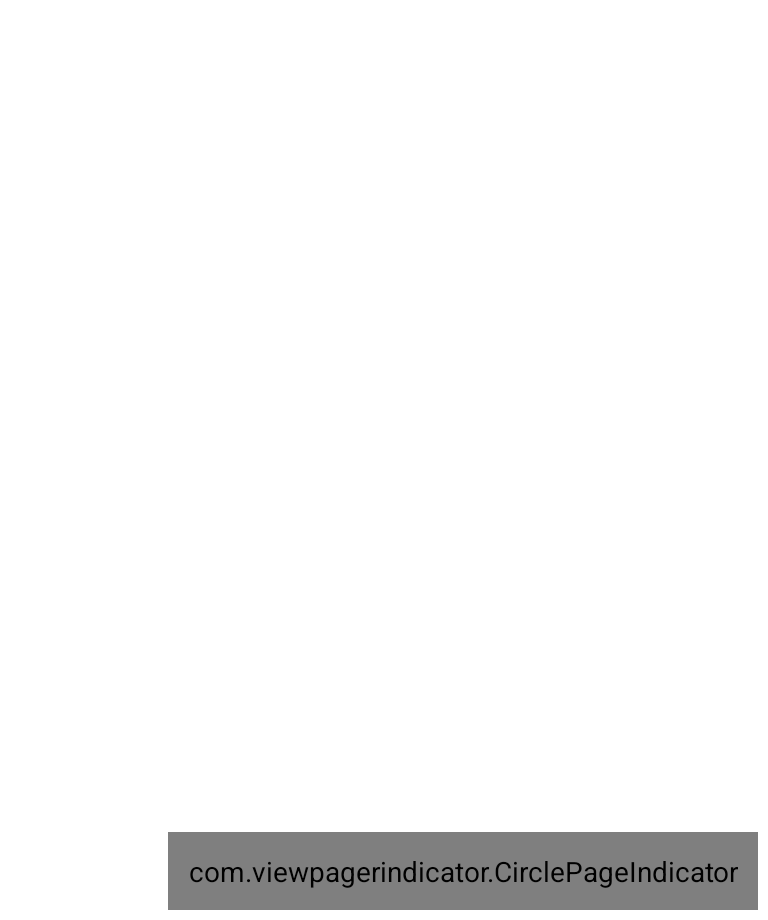
Repository: yangxiyucs/ZHBJ
Layout: ADT_ZHBJ74/ZHBJ/res/layout/pager_tab_detail.xml
The author's editor kept a copy of each file at every save. The layout is drawn from the files as they stood at one save, then again after a run of saves.
The pictures show rows 360 to 1280 of an output 1280 px tall.
Pictures or frames that could not be fetched are drawn as grey boxes. It is drawn on a 768 x 1280 px phone screen (xhdpi) without system bars, with theme AppTheme; the app's code is not run.

Above is the layout before, as saved 2016-10-24 22:02:03.

After the next 2 saves:
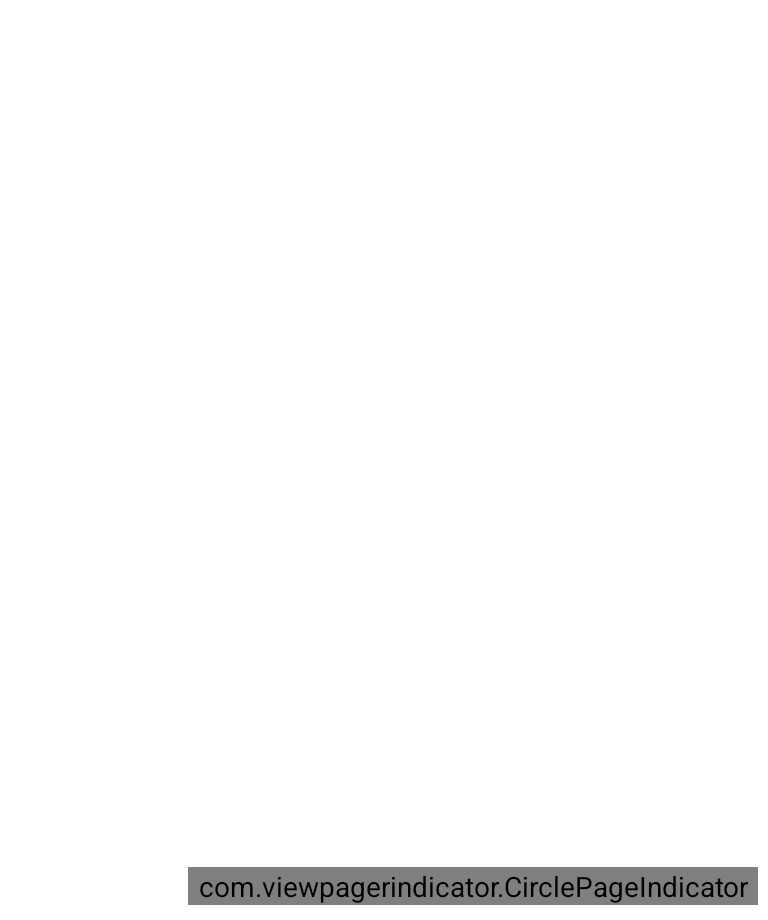
The 2 saves are shown as one change because they came seconds apart.
The last was saved 24 s later.
--- a/ADT_ZHBJ74/ZHBJ/res/layout/pager_tab_detail.xml
+++ b/ADT_ZHBJ74/ZHBJ/res/layout/pager_tab_detail.xml
@@ -31,7 +31,9 @@
             android:layout_alignParentRight="true"
             android:layout_centerVertical="true"
             android:background="#FFCCCCCC"
-            android:padding="10dip"
+            android:paddingLeft="5dp"
+            android:paddingRight="5dp"
+
             app:fillColor="#f00"
             app:pageColor="#cccccc"
             app:radius="3dp"
